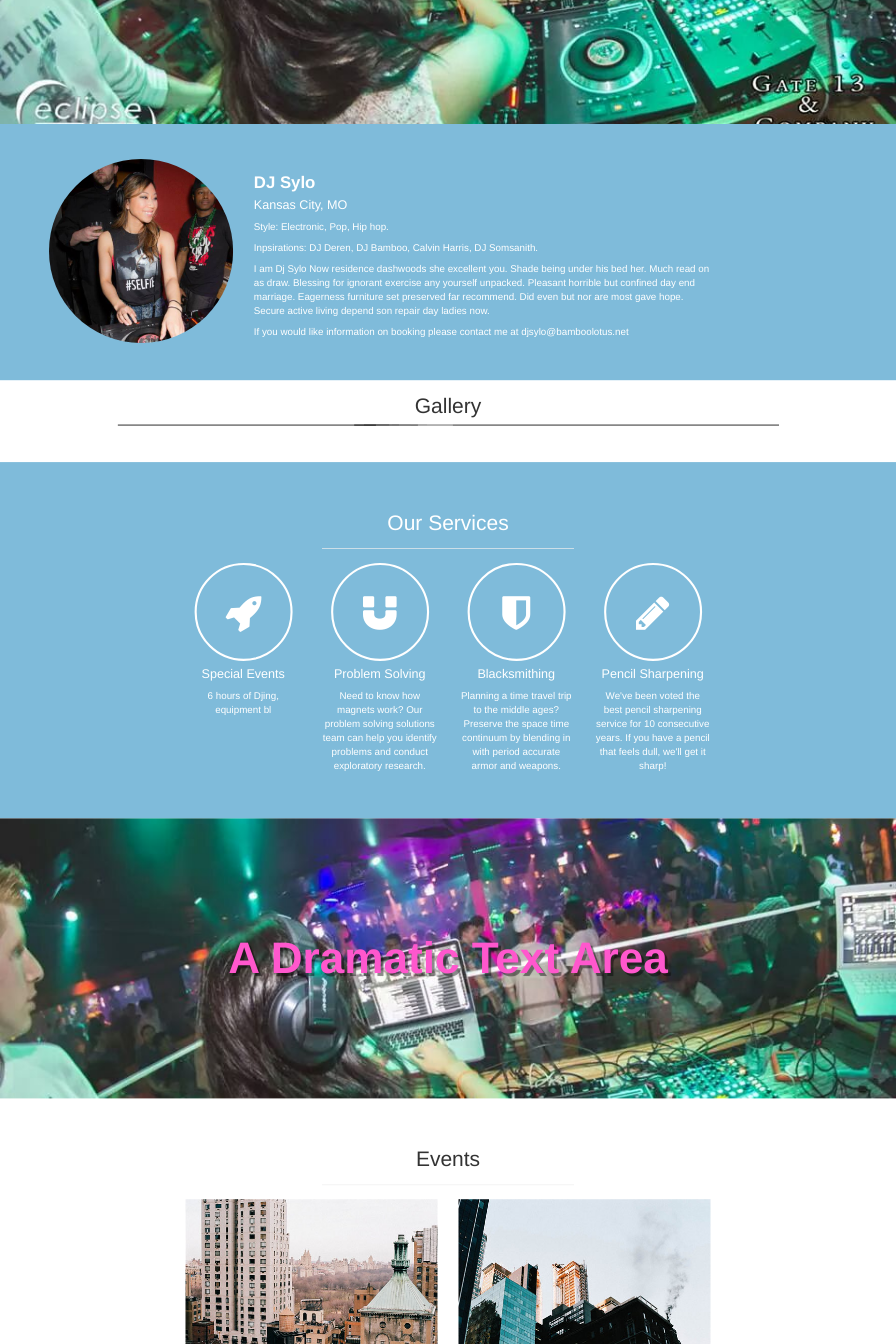
Repository: BambooXLotus/DjSylo
Page: client/index.html
The author's editor kept a record of every edit. The page is drawn from the files as they stood at one moment, then again after the next edit.
The browser window is 1280 px wide. The pictures show the part of the page from y = 543 to 2463 px (the page is 3924 px tall), at 70% of full size.
Some icons come from a web library that is not loaded, so they are not drawn. Backgrounds fixed to the window are drawn as part of the page. Some web libraries are served in a nearby version.

Above is the page before.

After the next edit:
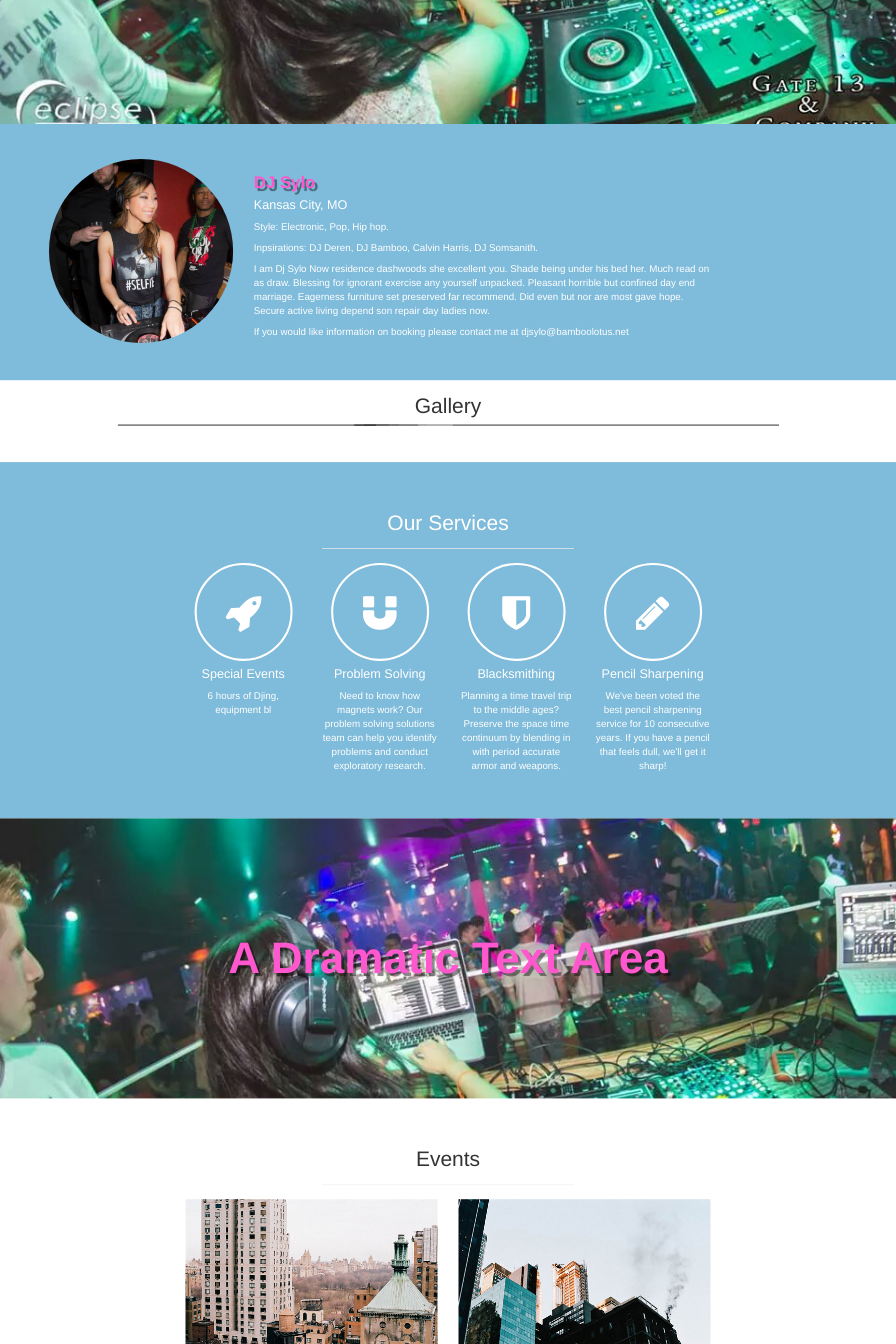
The edit:
--- a/client/css/stylish-portfolio.css
+++ b/client/css/stylish-portfolio.css
@@ -10,6 +10,8 @@
   text-shadow: 4px 4px 1px rgba(0, 0, 0, 0.45);
 }
 h3 {
+  color: #FF57CD;
+  text-shadow: 4px 4px 1px rgba(0, 0, 0, 0.45);
   font-weight: bold;
 }
 .vert-text {
@@ -114,14 +116,13 @@
 .intro {
   padding: 50px 0;
 }
-
 /* About */
+
 .about {
   background: #7fbbda;
   padding: 50px 0;
   color: #ffffff;
 }
-
 /* Services */
 
 .services {
